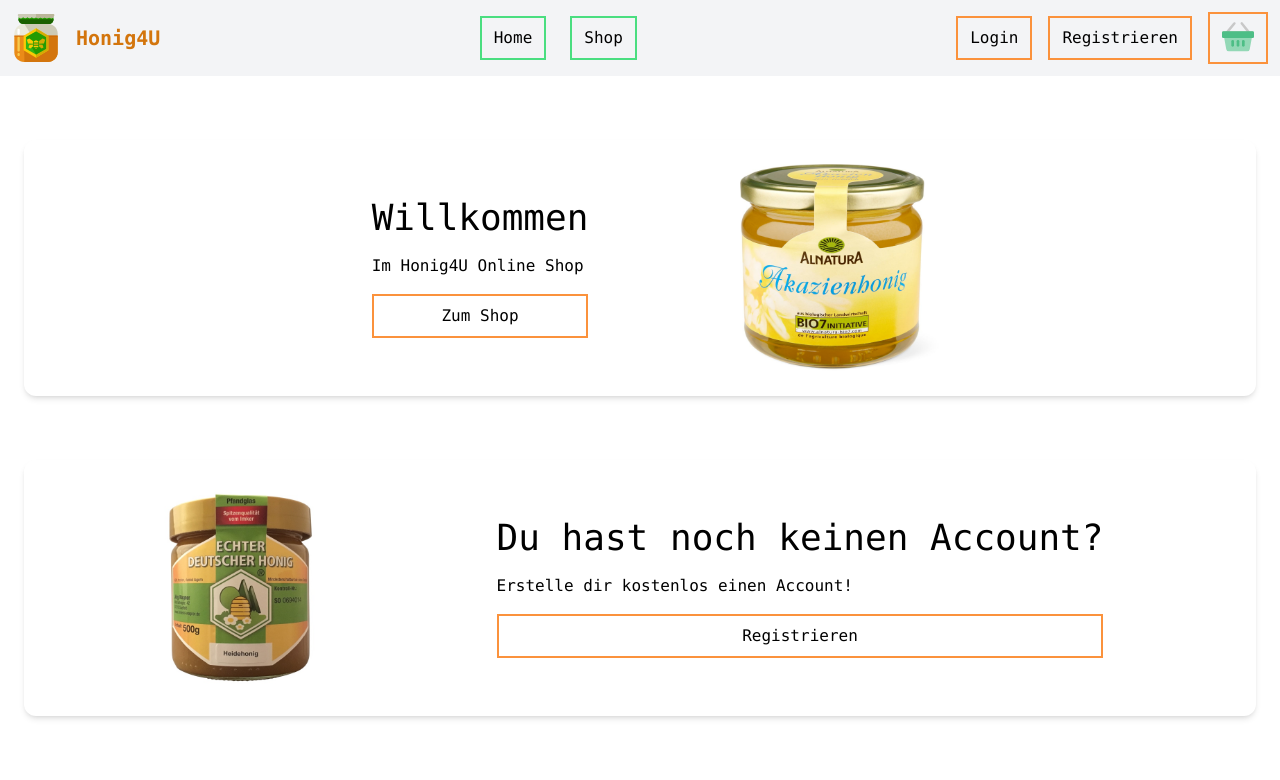
Repository: cainytheslave/PHPHonigShop
Page: http://localhost/
The author's editor kept a copy of each file at every save. The page is drawn from the files as they stood at one save, then again after the next save.
The browser window is 1280 px wide. The pictures show the whole page.
The page is run by PHP 8.4 with error messages shown; the project is at /var/www/html/. Style sheets and scripts are compiled from the project's sources, by tool versions that may differ from the author's.

Above is the page before, as saved 2022-03-11 22:11:47.

### index.php
<?php

session_start();

$einstellungen = require('core/einstellungen.php');

if (!isset($_SESSION['warenkorb'])) {
    $_SESSION['warenkorb'] = [];
}

?>

<!DOCTYPE html>
<html lang="en">

<head>
    <meta charset="UTF-8">
    <meta http-equiv="X-UA-Compatible" content="IE=edge">
    <meta name="viewport" content="width=device-width, initial-scale=1.0">
    <title><?= $einstellungen['firma'] ?></title>

    <?php include('includes/head.inc.php') ?>
</head>

<body class="font-mono">

    <?php include('includes/header.inc.php') ?>

    <main class="flex flex-col gap-16 px-6 py-16 mx-auto max-w-7xl">
        <!-- Hero Section -->
        <div class="relative flex justify-center w-full h-64 gap-16 overflow-hidden shadow-md rounded-xl">
            <div class="flex items-center h-full px-16 bg-white">
                <div class="flex flex-col gap-4">
                    <h1 class="text-4xl">Willkommen</h1>
                    <p>Im <?= $einstellungen['firma'] ?> Online Shop</p>
                    <?= Komponente::link('Zum Shop', 'shop.php') ?>
                </div>
            </div>

            <div class="h-32 p-6">
                <img class="object-contain h-52" src="images/akazie.png" alt="">
            </div>

        </div>

        <!-- Hero Section -->
        <div class="relative flex justify-center w-full h-64 gap-16 overflow-hidden shadow-md rounded-xl">

            <div class="h-32 p-6">
                <img class="object-contain h-52" src="images/heide.png" alt="">
            </div>

            <div class="flex items-center h-full px-16 bg-white">
                <div class="flex flex-col gap-4">
                    <h1 class="text-4xl">Du hast noch keinen Account?</h1>
                    <p>Erstelle dir kostenlos einen Account!</p>
                    <?= Komponente::link('Registrieren', 'registrierung.php') ?>
                </div>
            </div>
        </div>
    </main>
</body>

</html>

### core/einstellungen.php
<?php

return [
    'firma' => 'Honig4U'
];

### includes/head.inc.php
<!-- Styling -->
<link rel="stylesheet" href="style.css">

<!-- AlpineJS (Javascript Framework für Mobiles Menu https://alpinejs.dev) -->
<script defer src="https://unpkg.com/alpinejs@3.x.x/dist/cdn.min.js"></script>

### includes/header.inc.php
<?php

require('core/Komponente.php');
$einstellungen = require('core/einstellungen.php');

?>

<!-- Header -->
<header class="w-full bg-gray-100" x-data="{open: false}">
    <!-- Desktop -->
    <div class="flex items-center justify-between px-3 py-3 mx-auto max-w-7xl">

        <!-- Logo -->
        <div class="flex items-center gap-4">
            <img src="images/logo.svg" class="w-12 h-12" alt="Logo">
            <p class="text-xl font-semibold text-honey"><?= $einstellungen['firma'] ?></p>
        </div>

        <!-- Navigation-->
        <div class="items-center hidden gap-6 sm:flex">
            <?= Komponente::link('Home', 'index.php', 'green') ?>
            <?= Komponente::link('Shop', 'shop.php', 'green') ?>
            <?php if (isset($_SESSION['user']) && isset($_SESSION['user']['mitarbeiter'])) {
                if ($_SESSION['user']['mitarbeiter']) {
                    echo Komponente::link('Mitarbeiterbereich', 'admin.php', 'green');
                }
            } ?>
        </div>

        <!-- Account -->
        <div class="flex items-center gap-4">
            <?php if (isset($_SESSION['user'])) : ?>
                <?= Komponente::link('<img src="images/logout.svg" class="w-8 h-8" alt="">', 'logout.php?to=login.php') ?>
            <?php else : ?>
                <?= Komponente::link('Login', 'login.php') ?>
                <?= Komponente::link('Registrieren', 'registrierung.php') ?>
            <?php endif; ?>
            <?= Komponente::link('<img src="images/basket.svg" class="w-8 h-8" alt="">', 'warenkorb.php') ?>
        </div>

        <!-- Mobile Trigger -->
        <img @click="open = !open" src="images/menu.svg" class="block w-10 h-10 sm:hidden" alt="">
    </div>

    <!-- Mobile Menu -->
    <div class="flex flex-col gap-3 px-3 border-t-2 sm:hidden" x-show="open" style="display:none">
        <!-- Navigation-->
        <?= Komponente::link('Home', 'index.php', 'green') ?>
        <?= Komponente::link('Shop', 'shop.php', 'green') ?>
        <?php if (isset($_SESSION['user']) && isset($_SESSION['user']['mitarbeiter'])) {
            if ($_SESSION['user']['mitarbeiter']) {
                echo Komponente::link('Mitarbeiterbereich', 'admin.php', 'green');
            }
        } ?>
    </div>
</header>

### core/Komponente.php
<?php

class Komponente
{

    static function link($text = "", $href = "", $border = "orange")
    {
        $classes = "text-center px-3 py-2 border-2 hover:bg-gray-200 active:scale-95 hover:scale-105 border-$border-400";
        return "<a href='$href' class='$classes'>$text</a>";
    }

    static function button($text = "", $name = "", $border = "orange")
    {
        $classes = "text-center cursor-pointer px-3 py-2 border-2 hover:bg-gray-200 active:scale-95 hover:scale-105 border-$border-400";
        return "<input type='submit' name='$name' class='$classes' value='$text' />";
    }

    static function input($type = "text", $placeholder = '', $name = '', $value = '', $required = 'true')
    {
        $classes = "flex-1 text-left px-3 py-2 border-2 active:scale-95 border-orange-400";
        return "<input type='$type' name='$name' required='$required' value='$value' class='$classes' placeholder='$placeholder' />";
    }

    static function alert($error = true, $data)
    {
        if (count($data) <= 0) return '';

        $str = '<section class="w-full p-4 mx-auto mt-4 bg-green-300 border-2 border-green-500 shadow-xl">';
        if ($error) $str = '<section class="w-full p-4 mx-auto mt-4 bg-red-300 border-2 border-red-500 shadow-xl">';

        foreach ($data as $entry) {
            $str .= '<p class="text-lg font-semibold">' . $entry . '</p>';
        }

        $str .= '</section>';

        return $str;
    }
}

### tailwind.config.js
module.exports = {
    content: [
        "./*.{html,js,php}",
        "./core/*.php",
        "./includes/*.php"
    ],
    theme: {
        extend: {
            colors: {
                honey: '#d3750d',
                honeylight: '#d3ab05',
                honeygreen: '#239b02'
            }
        },
    },
    safelist: [{
            pattern: /border-(orange|green|red)-400/,
        },
        {
            pattern: /border-(green|red)-500/
        },
        {
            pattern: /bg-(green|red)-300/
        },
        {
            pattern: /cursor-pointer/
        },
        {
            pattern: /w-8/
        },
        {
            pattern: /h-8/
        },
        {
            pattern: /flex-1/
        }

    ],
    plugins: [],
}

### images/logo.svg
<?xml version="1.0" encoding="iso-8859-1"?>
<!-- Generator: Adobe Illustrator 19.0.0, SVG Export Plug-In . SVG Version: 6.00 Build 0)  -->
<svg version="1.1" id="Layer_1" xmlns="http://www.w3.org/2000/svg" xmlns:xlink="http://www.w3.org/1999/xlink" x="0px" y="0px"
	 viewBox="0 0 496.8 496.8" style="enable-background:new 0 0 496.8 496.8;" xml:space="preserve">
<path style="fill:#EAE9DA;" d="M472.4,403.2c0,56-46.4,92.8-102.4,92.8H128.4c-56,0-104-44.8-104-92.8V204.8
	C24.4,149.6,70,104,125.2,104h245.6c56,0,100.8,45.6,100.8,100.8v198.4H472.4z"/>
<path style="fill:#CCCAB6;" d="M128.4,104H370c56,0,102.4,41.6,102.4,97.6v197.6c0,56-46.4,97.6-102.4,97.6"/>
<path style="fill:#EA8B18;" d="M24.4,224v174.4c0,56,46.4,97.6,102.4,97.6H370c56,0,102.4-41.6,102.4-97.6V224H24.4z"/>
<path style="fill:#D3750D;" d="M128.4,496H370c56,0,102.4-41.6,102.4-97.6v-172L126,224.8"/>
<path style="fill:#F7CA4D;" d="M80.4,376.8c0,6.4-5.6,12-12,12l0,0c-6.4,0-12-5.6-12-12V247.2c0-6.4,5.6-12,12-12l0,0
	c6.4,0,12,5.6,12,12V376.8z"/>
<path style="fill:#FFFFFF;" d="M80.4,201.6c0,6.4-5.6,12-12,12l0,0c-6.4,0-12-5.6-12-12v-38.4c0-5.6,5.6-11.2,12-11.2l0,0
	c6.4,0,12,5.6,12,12V201.6z"/>
<path style="fill:#F7CA4D;" d="M80.4,423.2c0,6.4-5.6,12-12,12l0,0c-6.4,0-12-5.6-12-12v-8c0-6.4,5.6-12,12-12l0,0
	c6.4,0,12,5.6,12,12V423.2z"/>
<path style="fill:#239B02;" d="M430.8,52c0,26.4-21.6,52-48,52H114c-26.4,0-48-25.6-48-52l0,0c0-26.4,21.6-52,48-52h268
	C409.2,0,430.8,25.6,430.8,52L430.8,52z"/>
<path style="fill:#1A6000;" d="M430.8,53.6L430.8,53.6c0,26.4-21.6,50.4-48,50.4H114c-26.4,0-48-22.4-48-48.8l0,0"/>
<path style="fill:#CCCAB6;" d="M437.2,12c0-8-6.4-12-13.6-12H73.2c-8,0-13.6,4-13.6,12c0,4.8,2.4,8,5.6,10.4
	c2.4,13.6,14.4,23.2,28,23.2c8.8,0,16.8-4.8,22.4-11.2c5.6,6.4,12.8,10.4,22.4,10.4c8.8,0,16.8-4,22.4-10.4
	c5.6,6.4,12.8,10.4,22.4,10.4c8.8,0,16.8-4,22.4-10.4c5.6,6.4,12.8,10.4,22.4,10.4s16.8-4,22.4-10.4c5.6,6.4,12.8,10.4,22.4,10.4
	c9.6,0,16.8-4,22.4-10.4c5.6,6.4,12.8,10.4,22.4,10.4c8.8,0,16.8-4,22.4-10.4c5.6,6.4,12.8,10.4,22.4,10.4c8.8,0,16.8-4,22.4-10.4
	c5.6,6.4,12.8,10.4,22.4,10.4c14.4,0,25.6-9.6,28-23.2C434.8,20,437.2,16.8,437.2,12z"/>
<path style="fill:#BAB699;" d="M423.6,0H248.4v35.2c0,0,0-0.8,0.8-0.8c5.6,6.4,12.8,10.4,21.6,10.4c8.8,0,16.8-4,22.4-10.4
	c5.6,6.4,12.8,10.4,22.4,10.4c8.8,0,16.8-4,22.4-10.4c5.6,6.4,12.8,10.4,22.4,10.4c8.8,0,16.8-4,22.4-10.4
	c5.6,6.4,12.8,10.4,22.4,10.4c14.4,0,25.6-10.4,28-24c3.2-2.4,5.6-4.8,5.6-9.6C437.2,4,430.8,0,423.6,0z"/>
<rect x="24.4" y="224" style="fill:#C65E00;" width="448" height="8"/>
<polygon style="fill:#F9CA06;" points="376.4,376 248.4,452 120.4,376 120.4,224 248.4,147.2 376.4,224 "/>
<polyline style="fill:#D3AB05;" points="248.4,147.2 376.4,224 376.4,376 248.4,452 "/>
<polygon style="fill:#34B515;" points="352.4,359.2 248.4,418.4 144.4,359.2 144.4,240.8 248.4,180.8 352.4,240.8 "/>
<polyline style="fill:#239B02;" points="144.4,240.8 249.2,180.8 352.4,240.8 352.4,359.2 248.4,418.4 "/>
<g>
	<polygon style="fill:#F9CA06;" points="224.4,328 224.4,339.2 226,344 270.8,344 272.4,339.2 272.4,328 	"/>
	<polygon style="fill:#F9CA06;" points="272.4,296 272.4,283.2 248.4,272 224.4,283.2 224.4,296 	"/>
</g>
<g>
	<rect x="224.4" y="304" style="fill:#D3AB05;" width="48" height="16"/>
	<polygon style="fill:#D3AB05;" points="236.4,352 248.4,363.2 260.4,352 	"/>
</g>
<g>
	<polygon style="fill:#F9CA06;" points="216.4,280 216.4,308.8 166.8,305.6 153.2,265.6 179.6,253.6 	"/>
	<polygon style="fill:#F9CA06;" points="216.4,336.8 216.4,316 180.4,318.4 170.8,347.2 190,356 	"/>
</g>
<g>
	<polygon style="fill:#D3AB05;" points="280.4,280 280.4,308.8 330,305.6 343.6,265.6 317.2,253.6 	"/>
	<polygon style="fill:#D3AB05;" points="280.4,336.8 280.4,316 316.4,318.4 326,347.2 306.8,356 	"/>
</g>
<g>
</g>
<g>
</g>
<g>
</g>
<g>
</g>
<g>
</g>
<g>
</g>
<g>
</g>
<g>
</g>
<g>
</g>
<g>
</g>
<g>
</g>
<g>
</g>
<g>
</g>
<g>
</g>
<g>
</g>
</svg>

### images/basket.svg
<svg width="48px" height="48px" viewBox="0 0 48 48" xmlns="http://www.w3.org/2000/svg"><title>70 Basic icons by Xicons.co</title><path d="M37.67,44H10.33a4,4,0,0,1-3.93-3.27L2,17H46L41.61,40.73A4,4,0,0,1,37.67,44Z" fill="#93d8b6"/><path d="M40.44,17.42a1.85,1.85,0,0,1-1.46-.7L28.32,3.27a1.86,1.86,0,0,1,0-2.41A1.87,1.87,0,0,1,31.17,1L41.84,14.42A1.81,1.81,0,0,1,40.44,17.42Z" fill="#c8c8c8"/><path d="M7.37,17.43a1.81,1.81,0,0,1-1.38-3L17,1A1.94,1.94,0,0,1,19.37.49a1.79,1.79,0,0,1,.54,2.72L8.81,16.75A1.86,1.86,0,0,1,7.37,17.43Z" fill="#c8c8c8"/><path d="M45.23,14.28H2.77A2.75,2.75,0,0,0,0,17v1.81a2.75,2.75,0,0,0,2.77,2.72H45.23A2.75,2.75,0,0,0,48,18.81V17A2.75,2.75,0,0,0,45.23,14.28Z" fill="#94ac82"/><rect y="14" width="48" height="10" rx="2" ry="2" fill="#4dbe86"/><path d="M16,37a2,2,0,0,1-2-2V29a2,2,0,0,1,4,0v6A2,2,0,0,1,16,37Z" fill="#4dbe86"/><path d="M24,37a2,2,0,0,1-2-2V29a2,2,0,0,1,4,0v6A2,2,0,0,1,24,37Z" fill="#4dbe86"/><path d="M32,37a2,2,0,0,1-2-2V29a2,2,0,0,1,4,0v6A2,2,0,0,1,32,37Z" fill="#4dbe86"/></svg>

### images/menu.svg
<svg width="512px" height="512px" viewBox="0 0 512 512" xmlns="http://www.w3.org/2000/svg"><path fill="#000" d="M32 96v64h448V96H32zm0 128v64h448v-64H32zm0 128v64h448v-64H32z"/></svg>

Loaded but not shown: tailwind.css (common file)

After the next save:
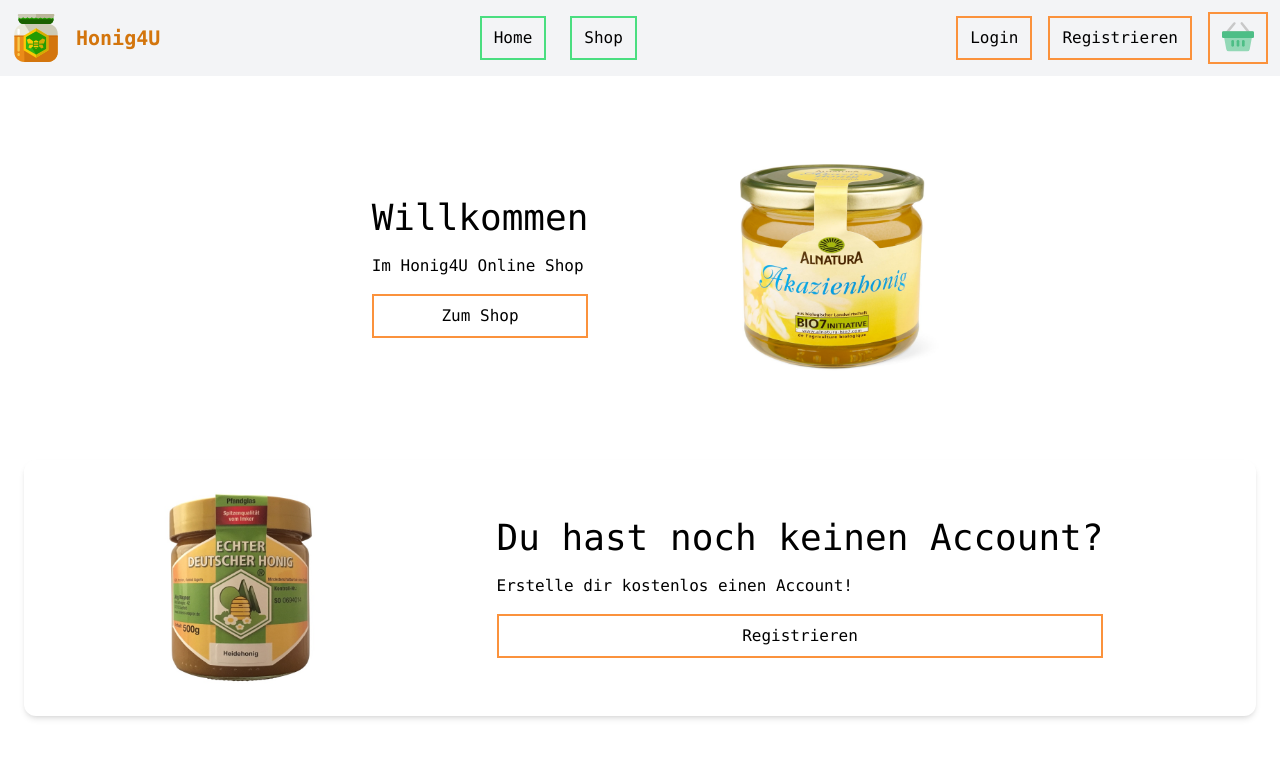
Saved 25 s later.
--- a/index.php
+++ b/index.php
@@ -28,7 +28,7 @@
 
     <main class="flex flex-col gap-16 px-6 py-16 mx-auto max-w-7xl">
         <!-- Hero Section -->
-        <div class="relative flex justify-center w-full h-64 gap-16 overflow-hidden shadow-md rounded-xl">
+        <div class="relative flex justify-center w-full h-64 gap-16 overflow-hidden border-orange-500">
             <div class="flex items-center h-full px-16 bg-white">
                 <div class="flex flex-col gap-4">
                     <h1 class="text-4xl">Willkommen</h1>
